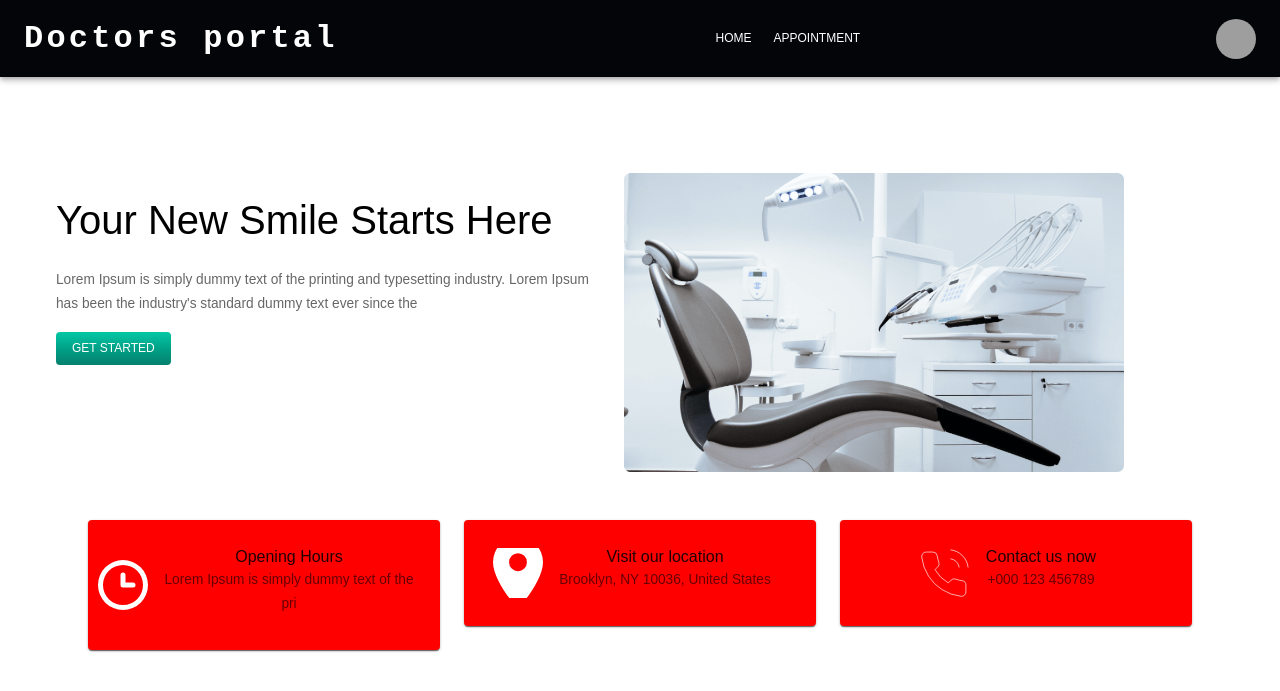
Repository: mdrubel02/health-care
Page: /
These files come from the project's save history. The page is drawn as it stood at one moment and after the next save; the edit follows.
The browser window is 1280 px wide. The pictures show the whole page.
Pictures or frames that could not be fetched are drawn as grey boxes. The project was rebuilt for these pictures with package versions that can differ from the ones it lists, and the page was loaded fresh each time. Also part of the build but not shown: src/Pages/Appointment/Appointment.js.

Above is the page before, as saved 2022-11-15 11:41:31.

After the next save:
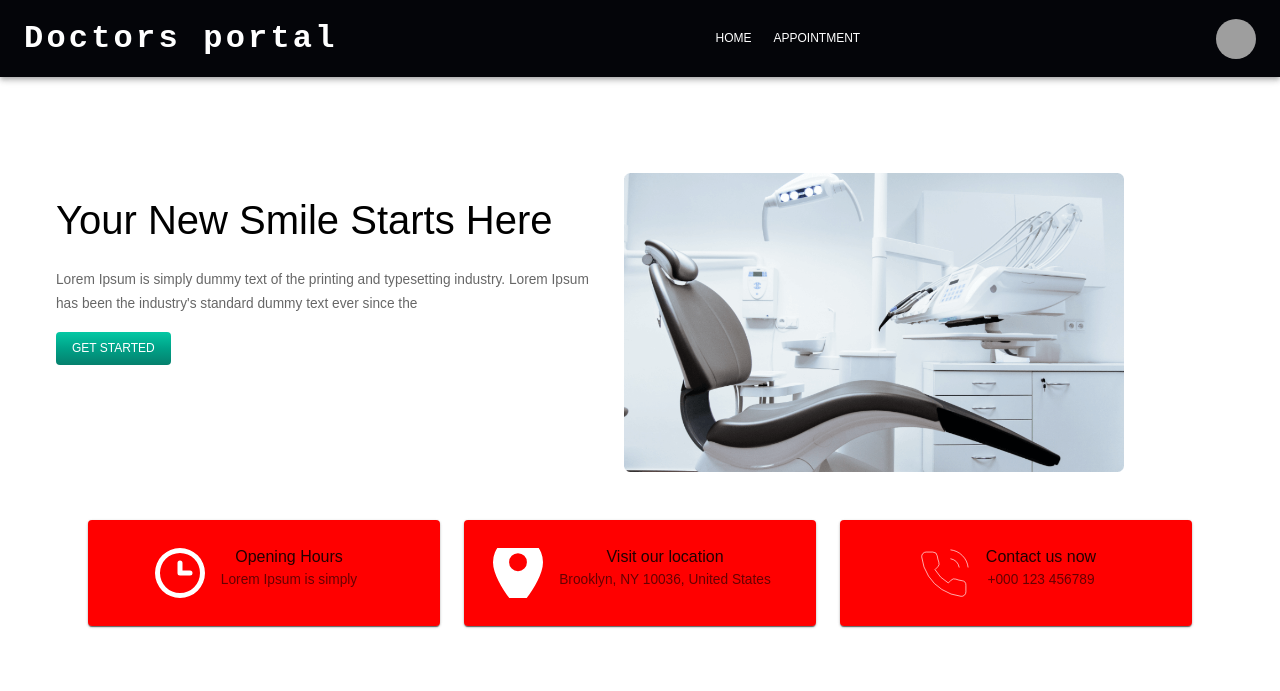
Saved 19 s later.
--- a/src/Pages/Home/Information/Information.js
+++ b/src/Pages/Home/Information/Information.js
@@ -7,7 +7,7 @@ import phone from '../../../assets/icons/phone.svg';
 
 const Information = () => {
     const menus = [
-        { id: '01', img: clock, title: 'Opening Hours', description: 'Lorem Ipsum is simply dummy text of the pri' },
+        { id: '01', img: clock, title: 'Opening Hours', description: 'Lorem Ipsum is simply ' },
         { id: '01', img: marker, title: 'Visit our location', description: 'Brooklyn, NY 10036, United States' },
         { id: '01', img: phone, title: 'Contact us now', description: '+000 123 456789' },
     ]
